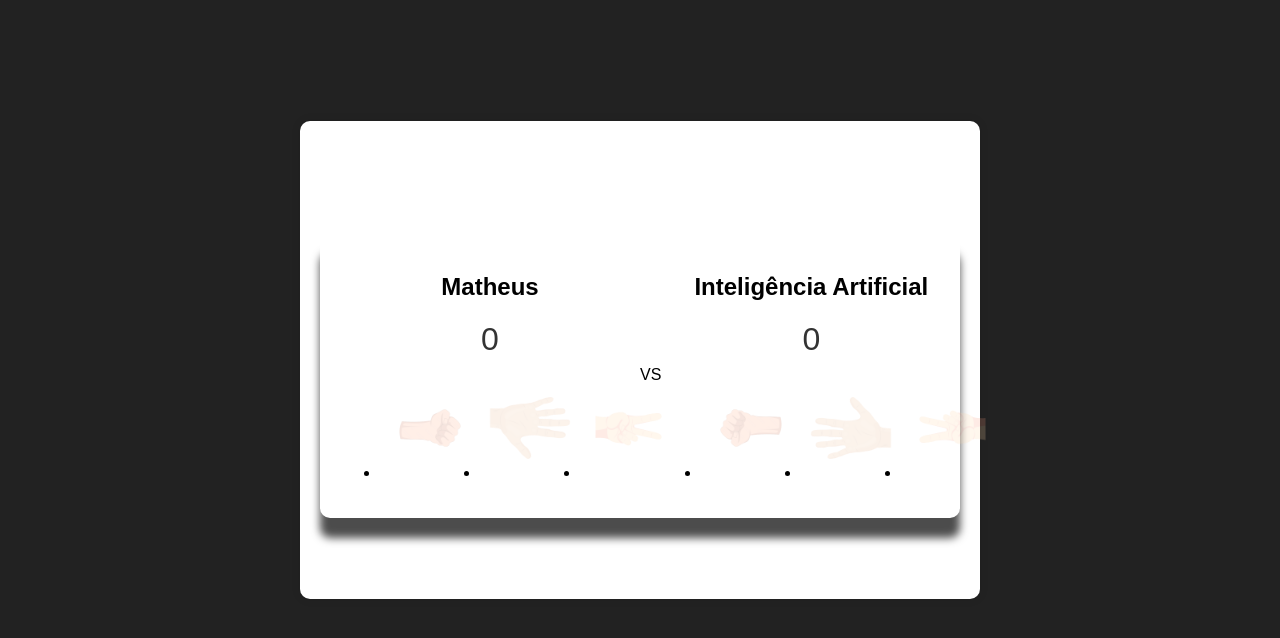
Repository: Matheus904-12/Pedra-Papel
Page: index.html
The author's editor kept a copy of each file at every save. The page is drawn from the files as they stood at one save, then again after the next save.
The browser window is 1280 px wide. The pictures show the whole page.

Above is the page before, as saved 2023-08-28 22:17:20.

### index.html
<!DOCTYPE html>
<html lang="en">
<head>
    <meta charset="UTF-8">
    <meta name="viewport" content="width=device-width, initial-scale=1.0">
    <title>Pedra, Papel e Tesoura</title>
    <link rel="stylesheet" href="style.css">
    <script src="script.js"></script>
</head>
<body>
    <center>
    <div class="box">
        <div class="container">
            <h1 id="titulo">Pedra, Papel e Tesoura</h1>
            <div class="placar" id="placar">
                <div class="jogador">
                    <h2 id="jogadorNome">Matheus</h2>
                    <p id="jogadorPontos">0</p>
                    <ul class="escolhas" id="jogadorEscolha">
                        <li>
                            <a id="jogadorEscolha1" class="escolha" onclick="jogar(1)">
                                <img src="img/1-removebg-preview.png" alt="">
                            </a>
                        </li>
                        <li>
                            <a id="jogadorEscolha2" class="escolha" onclick="jogar(2)">
                                <img src="img/2-removebg-preview.png" alt="">
                            </a>
                        </li>
                        <li>
                            <a id="jogadorEscolha3" class="escolha" onclick="jogar(3)">
                                <img src="img/3-removebg-preview.png" alt="">
                            </a>
                        </li>
                    </ul>
                </div>
                <div id="versus">VS</div>
                <div class="computador">
                    <h2 id="computadorNome">Inteligência Artificial</h2>
                    <p id="computadorPontos">0</p>
                    <ul class="escolhas" id="computadorEscolha">
                        <li>
                            <a id="computadorEscolha1" class="escolha">
                                <img src="img2/1.png" alt="">
                            </a>
                        </li>
                        <li>
                            <a id="computadorEscolha2" class="escolha">
                                <img src="img2/2.png" alt="">
                            </a>
                        </li>
                        <li>
                            <a id="computadorEscolha3" class="escolha">
                                <img src="img2/3.png" alt="">
                            </a>
                        </li>
                    </ul>
                </div>
            </div>
            <div class="mensagem"><p id="mensagem"class="result-message">&nbsp;</p>
    </div>
</center>
</body>
</html>

### style.css
/* Estilos para as escolhas do jogador e do computador */
ul#jogadorEscolha li a,
ul#computadorEscolha li a {
    opacity: 0.2;
    transition: ease-in-out 0.3s;
}

ul#jogadorEscolha li a:hover,
ul#jogadorEscolha li a.selecionado,
ul#computadorEscolha li a.selecionado {
    opacity: 1;
}

/* Estilos gerais */
body {
    font-family: 'Arial', sans-serif;
    background-color: #222;
    margin: 0;
    padding: 0;
    transition: background-color 0.5s ease;
    display: flex;
    align-items: center;
    justify-content: center;
    min-height: 100vh;
}

/* Estilo do container principal */
.box {
    display: flex;
    flex-direction: column;
    align-items: center;
    justify-content: center;
    background-color: #fff;
    box-shadow: 0 0 10px rgba(0, 0, 0, 0.1);
    border-radius: 10px;
    padding: 20px;
    margin: 20px;
}

/* Estilo do título */
#titulo {
    font-size: 2.5rem;
    color: #fff;
    margin-bottom: 20px;
}

/* Estilo do placar */
.placar {
    display: flex;
    align-items: center;
    justify-content: space-between;
    padding: 20px;
    background-color: #fff;
    border-radius: 10px;
    box-shadow: 0 20px 8px rgba(0, 0, 0, 0.7);
    width: 100%;
    max-width: 600px;
    margin-top: 20px;
}

.jogador,
.computador {
    width: 50%;
}

.jogador p,
.computador p {
    font-size: 2rem;
    color: #333;
    margin: 0;
}

.escolhas {
    display: flex;
    justify-content: space-around;
    margin-top: 20px;
}

.escolhas img {
    max-width: 100px;
    cursor: pointer;
    transition: transform 0.3s ease;
}

.escolhas img:hover {
    transform: scale(1.1);
}

/* Estilo do resultado/mensagem */
.result-message {
    font-size: 1.2rem;
    margin-top: 20px;
    color: #fff;
}

.result-message.vitoria {
    color: #4CAF50;
}

.result-message.derrota {
    color: #FF5733;
}

.result-message.empate {
    color: #FFC300;
}

/* Estilo do botão reiniciar */
.reiniciar-jogo {
    background-color: #3498db;
    border: none;
    color: white;
    padding: 10px 20px;
    text-align: center;
    text-decoration: none;
    display: inline-block;
    font-size: 16px;
    border-radius: 5px;
    cursor: pointer;
    transition: background-color 0.3s ease;
    margin-top: 20px;
}

.reiniciar-jogo:hover {
    background-color: #2980b9;
}

/* Estilo do histórico */
.historico {
    text-align: center;
    margin-top: 20px;
}

.historico-toggle {
    background-color: #333;
    border: none;
    color: white;
    padding: 5px 10px;
    font-size: 14px;
    border-radius: 5px;
    cursor: pointer;
    transition: background-color 0.3s ease;
}

.historico-toggle:hover {
    background-color: #222;
}

.historico-list {
    list-style: none;
    padding: 0;
    display: none;
    text-align: left;
}

.historico-list li {
    font-size: 14px;
    margin-bottom: 5px;
    color: #fff;
}

### script.js
let jogadorEscolha = 0;
let jogadorPontos = 0;
let computadorEscolha = 0;
let computadorPontos = 0;
let ganhador = -1;
let historico = [];

function jogar(escolha){
    jogadorEscolha = escolha;
    computadorEscolha = Math.floor(Math.random() * 3) + 1;


/*PEDRA = 1
  PAPEL = 2
  TESOURA = 3
*/

if (jogadorEscolha == 1 && computadorEscolha == 1) {
    ganhador = 0;
    //*PEDRA = PEDRA*//
} else if (jogadorEscolha == 1 && computadorEscolha == 2) {
    ganhador = 2;
    //PEDRA E PAPEL = PAPEL//
} else if (jogadorEscolha == 1 && computadorEscolha == 3) {
    ganhador = 1;
    //PEDRA E TESOURA = PEDRA//
} else if (jogadorEscolha == 2 && computadorEscolha == 1) {
    ganhador = 1;
    //PAPEL E PEDRA = PEDRA
} else if (jogadorEscolha == 2 && computadorEscolha == 2) {
    ganhador =  0;
    //PAPEL E PAPEL = NADA
} else if (jogadorEscolha == 2 && computadorEscolha == 3) {
    ganhador = 2;
    //PAPEL E TESOURA = TESOURA
} else if (jogadorEscolha == 3 && computadorEscolha == 1) {
    ganhador = 2;
    //TESOURA E PEDRA = PEDRA
} else if (jogadorEscolha == 3 && computadorEscolha == 2) {
    ganhador = 1;
    //TESOURA E PAPEL = TESOURA
} else if (jogadorEscolha == 3 && computadorEscolha == 3) {
    ganhador = 0;
    //TESOURA E TESOURA = EMPATE
}


document.getElementById('jogadorEscolha1').classList.remove('selecionado');
document.getElementById('jogadorEscolha2').classList.remove('selecionado');
document.getElementById('jogadorEscolha3').classList.remove('selecionado');
document.getElementById('computadorEscolha1').classList.remove('selecionado');
document.getElementById('computadorEscolha2').classList.remove('selecionado');
document.getElementById('computadorEscolha3').classList.remove('selecionado');



document.getElementById('jogadorEscolha'+jogadorEscolha).classList.add('selecionado');
document.getElementById('computadorEscolha'+computadorEscolha).classList.add('selecionado');


/*
EMPATE = 0;
JOGADOR = 1;
COMPUTADOR = 2;
*/


// Atualizar placar
if (ganhador === 1) {
    jogadorPontos++;
} else if (ganhador === 2) {
    computadorPontos++;
}

document.getElementById('jogadorPontos').textContent = jogadorPontos;
document.getElementById('computadorPontos').textContent = computadorPontos;


// Mensagem do resultado
let mensagem = '';
if (ganhador === 1) {
    mensagem = 'Você venceu!';
} else if (ganhador === 2) {
    mensagem = 'Você perdeu!';
} else {
    mensagem = 'Empate!';
}

// Adicionar ao histórico
historico.push({
    jogador: jogadorEscolha,
    computador: computadorEscolha,
    resultado: ganhador
});

// Atualizar elementos na página
document.getElementById('jogadorPontos').textContent = jogadorPontos;
document.getElementById('computadorPontos').textContent = computadorPontos;
document.querySelector('.result-message').textContent = mensagem;
document.querySelector('.result-message').className = `result-message ${ganhadorClass}`;

// Exibir histórico
mostrarHistorico();

// Adicionar classe de estilo à mensagem
let mensagemElement = document.getElementById('mensagem');
mensagemElement.classList.remove('vitoria', 'derrota', 'empate');
if (ganhador === 1) {
    mensagemElement.classList.add('vitoria');
} else if (ganhador === 2) {
    mensagemElement.classList.add('derrota');
} else {
    mensagemElement.classList.add('empate');
}
}

function mostrarHistorico() {
let historicoList = document.getElementById('historico-list');
historicoList.innerHTML = '';

for (let i = 0; i < historico.length; i++) {
    let item = historico[i];
    let resultado = '';
    if (item.resultado === 1) {
        resultado = 'Vitória';
    } else if (item.resultado === 2) {
        resultado = 'Derrota';
    } else {
        resultado = 'Empate';
    }

    let listItem = document.createElement('li');
    listItem.textContent = `Jogador: ${item.jogador} | Computador: ${item.computador} | Resultado: ${resultado}`;
    historicoList.appendChild(listItem);
}


document.getElementById('historico-toggle').addEventListener('click', function() {
    const historicoList = document.querySelector('.historico-list');
    historicoList.style.display = historicoList.style.display === 'none' ? 'block' : 'none';
    this.textContent = historicoList.style.display === 'none' ? 'Ver Histórico' : 'Esconder Histórico';
});

// Mensagem do resultado
let mensagem = '';
if (ganhador === 1) {
    mensagem = 'Você venceu!';
} else if (ganhador === 2) {
    mensagem = 'Você perdeu!';
} else {
    mensagem = 'Empate!';
}

// Adicionar ao histórico
historico.push({
    jogador: jogadorEscolha,
    computador: computadorEscolha,
    resultado: ganhador
});


// Atualizar elementos na página
document.getElementById('jogadorPontos').textContent = jogadorPontos;
document.getElementById('computadorPontos').textContent = computadorPontos;
document.querySelector('.result-message').textContent = mensagem;
document.querySelector('.result-message').className = `result-message ${ganhadorClass}`;


 // Adicionar classe de estilo à mensagem
let mensagemElement = document.querySelector('.mensagem');
mensagemElement.classList.remove('vitoria', 'derrota', 'empate');
if (ganhador === 1) {
    mensagemElement.classList.add('vitoria');
} else if (ganhador === 2) {
    mensagemElement.classList.add('derrota');
} else {
    mensagemElement.classList.add('empate');
}

// Atualizar estilo da página com base no resultado
document.querySelector('.box').className = `box ${ganhadorClass}`;




// Atualizar cor de fundo com base no resultado
if (ganhador === 1) {
    document.body.style.backgroundColor = '#4CAF50'; // Verde
} else if (ganhador === 2) {
    document.body.style.backgroundColor = '#FF5733'; // Vermelho
} else {
    document.body.style.backgroundColor = '#FFC300'; // Amarelo
}


// Selecionar escolha do jogador
document.getElementById(`jogadorEscolha${jogadorEscolha}`).classList.add('selecionado');


// Atualizar escolhas do jogador
document.getElementById(`jogadorEscolha${jogadorEscolha}`).classList.add('selecionado');
document.getElementById(`computadorEscolha${computadorEscolha}`).classList.add('selecionado');

// Atualizar estilo da página com base no resultado
document.querySelector('.box').className = `box ${ganhadorClass}`;

// Função para reiniciar o jogo
function reiniciarJogo() {
    jogadorPontos = 0;
    computadorPontos = 0;
    historico = [];
    limparEscolhas();
    atualizarPlacar();
    limparMensagem();
    mostrarHistorico();
    resetarEstiloPagina();
}

// Limpar escolhas selecionadas
function limparEscolhas() {
    document.querySelectorAll('.escolha').forEach(element => {
        element.classList.remove('selecionado');
    });
}

// Atualizar placar
function atualizarPlacar() {
    document.getElementById('jogadorPontos').textContent = jogadorPontos;
    document.getElementById('computadorPontos').textContent = computadorPontos;
}

// Limpar mensagem do resultado
function limparMensagem() {
    document.querySelector('.result-message').textContent = '';
    document.querySelector('.mensagem').className = 'mensagem';
}

// Resetar estilo da página
function resetarEstiloPagina() {
    document.querySelector('.box').className = 'box';
}

// Botão de reiniciar o jogo
document.getElementById('reiniciar-jogo').addEventListener('click', function() {
    reiniciarJogo();
});


// Função para reiniciar o jogo
function reiniciarJogo() {
    jogadorPontos = 0;
    computadorPontos = 0;
    historico = [];
    limparEscolhas();
    atualizarPlacar();
    limparMensagem();
    mostrarHistorico();
    resetarEstiloPagina();
}

// Limpar escolhas selecionadas
function limparEscolhas() {
    document.querySelectorAll('.escolha').forEach(element => {
        element.classList.remove('selecionado');
    });
}

// Atualizar placar
function atualizarPlacar() {
    document.getElementById('jogadorPontos').textContent = jogadorPontos;
    document.getElementById('computadorPontos').textContent = computadorPontos;
}

// Limpar mensagem do resultado
function limparMensagem() {
    document.querySelector('.result-message').textContent = '';
    document.querySelector('.mensagem').className = 'mensagem';
}

// Resetar estilo da página
function resetarEstiloPagina() {
    document.querySelector('.box').className = 'box';
}

// Botão de reiniciar o jogo
document.getElementById('reiniciar-jogo').addEventListener('click', function() {
    reiniciarJogo();
});


}

After the next save:
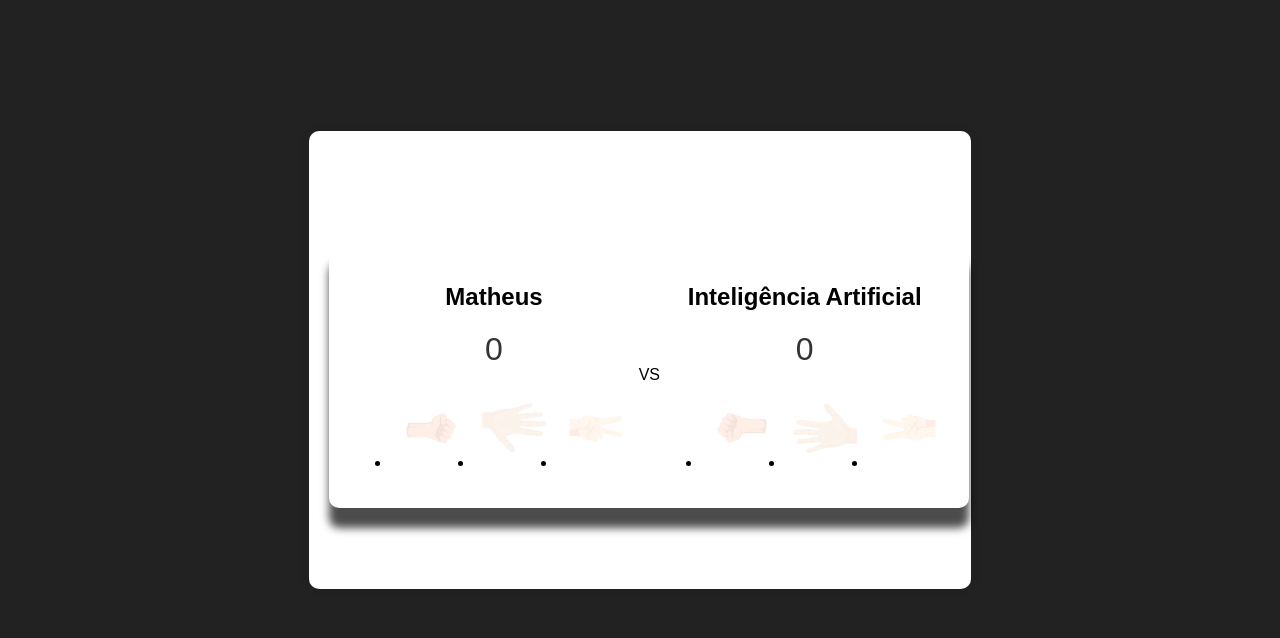
Saved 7 s later.
--- a/style.css
+++ b/style.css
@@ -77,7 +77,7 @@ body {
 }
 
 .escolhas img {
-    max-width: 100px;
+    max-width: 80px;
     cursor: pointer;
     transition: transform 0.3s ease;
 }
